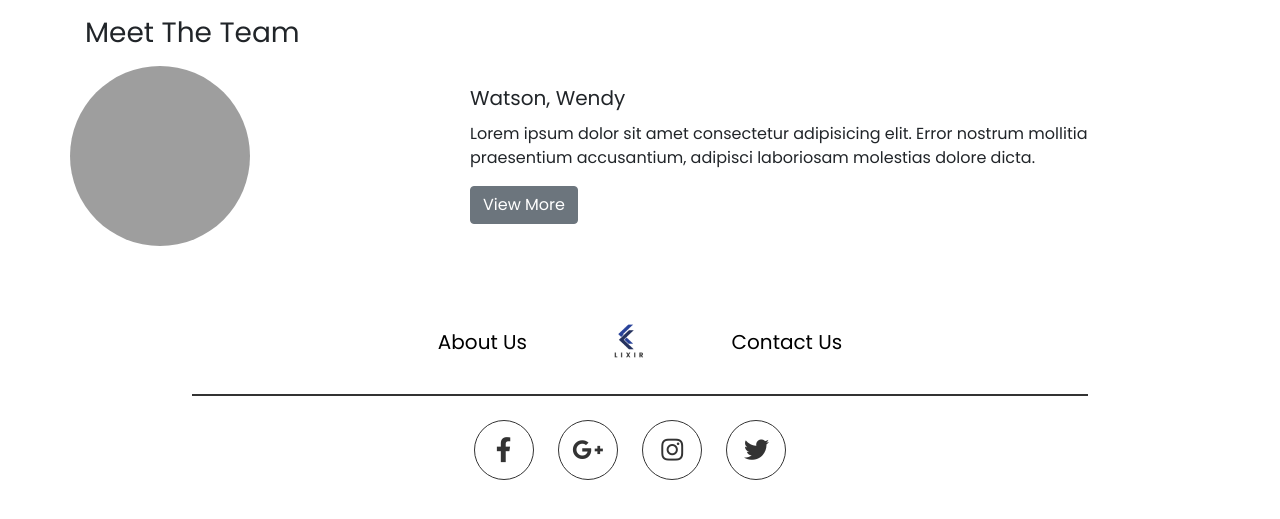
Repository: phiiileo/lit-page
Page: team-page.html
An editor plug-in stored every save of this project. The page is shown before and after a run of saves, followed by the edit.
The browser window is 1280 px wide. The pictures show the whole page.
Pictures or frames that could not be fetched are drawn as grey boxes. Some web libraries are served in a nearby version.

Above is the page before, as saved 2019-12-04 21:07:42.

### team-page.html
<head>
  <meta charset="UTF-8" />
  <meta name="viewport" content="width=device-width, initial-scale=1.0" />
  <meta http-equiv="X-UA-Compatible" content="ie=edge" />
  <title>Lixir | Official Page</title>
  <link
    rel="stylesheet"
    href="css/bootstrap-4.4.0-dist/css/bootstrap.min.css"
  />
  <script src="js/jquery-1.11.1.min.js"></script>
  <script src="js/popper.min.js"></script>
  <script src="css/bootstrap-4.4.0-dist/js/bootstrap.min.js"></script>
  <link
    href="https://fonts.googleapis.com/css?family=Poppins&display=swap"
    rel="stylesheet"
  />
  <link
    rel="stylesheet"
    type="text/css"
    href="https://cdnjs.cloudflare.com/ajax/libs/font-awesome/5.11.2/css/all.min.css"
  />
  <link rel="stylesheet" href="css/site_footer.css" />
  <link rel="stylesheet" href="./css/team-page.css">
</head>

<div class="container">
    <p><h3>Meet The Team</h3></p>
    <div class="row row-cols-1 row-cols-md-1">
        <div class="card">
            <div class="row no-gutters">
                <div class="col-md-4">
                    <img src="https://res.cloudinary.com/gboyega/image/upload/v1575387409/grillspot/profile-placeholder_kqu2no.png" alt="profileImage" class="team-image">
                </div>
                <div class="col-md-8">
                    <div class="card-body">
                        <h5 class="card-title">Watson, Wendy</h5>
                        <p class="card-text">Lorem ipsum dolor sit amet consectetur adipisicing elit. Error nostrum mollitia praesentium accusantium, adipisci laboriosam molestias dolore dicta.</p>
                        <p class="card-text"><button class="btn btn-secondary" id="viewMoreButton">View More</button></p>
                    </div>
                </div>
            </div>
        </div>
    </div>
</div>

<footer class="mt-5">
  <section class="footer_content mx-auto text-center">
    <section class="footer_content--one">
      <a href="about_us.php" class="">About Us</a>
      <a href="index.php" class="mx-5">
        <img src="image/footer_logo.png" alt="" width="100px" height="100px"
      /></a>
      <a href="contact.php" class="">Contact Us</a>
    </section>
    <section class="footer_content--two pt-4">
      <a href="#"><i class="fab fa-facebook-f"></i></a>
      <a href=""><i class="fab fa-google-plus-g"></i></a>
      <a href=""><i class="fab fa-instagram"></i></a>
      <a href=""><i class="fab fa-twitter"></i></a>
    </section>
  </section>
</footer>

### css/site_footer.css
footer .footer_content {
    width: 70%;
  }

  footer .footer_content .footer_content--one {
    width: 100%;
    border-bottom: 2px solid #333333;
  }

  footer .footer_content .footer_content--one a {
    font-size: 20px;
    line-height: 28px;
    color: #000000;
    display: inline-block;
  }

  footer .footer_content .footer_content--two a {
    color: #333333;
    border: 1px solid #333333;
    border-radius: 50%;
    width: 60px;
    height: 60px;
    display: -webkit-inline-box;
    display: -ms-inline-flexbox;
    display: inline-flex;
    -webkit-box-pack: center;
        -ms-flex-pack: center;
            justify-content: center;
    -webkit-box-align: center;
        -ms-flex-align: center;
            align-items: center;
    margin-right: 20px;
    margin-bottom: 20px;
  }

  footer .footer_content .footer_content--two a i {
    font-size: 25px;
  }

### css/team-page.css
* {
  margin-top: 0;
  padding: 0px;
  box-sizing: border-box;
  font-family: "Poppins", sans-serif;
}
.team-image{
    width: 180px;
    height: 180px;
    border-radius: 50%;
}

.card{
    border: 0;
}

/* #viewMoreButton{
    color:#29419b ;
    background: #cecece;
    border-radius: 0;
} */

Loaded but not shown: css/bootstrap-4.4.0-dist/css/bootstrap.min.css (library); js/jquery-1.11.1.min.js (library); js/popper.min.js (library); css/bootstrap-4.4.0-dist/js/bootstrap.min.js (library)

After the next 6 saves:
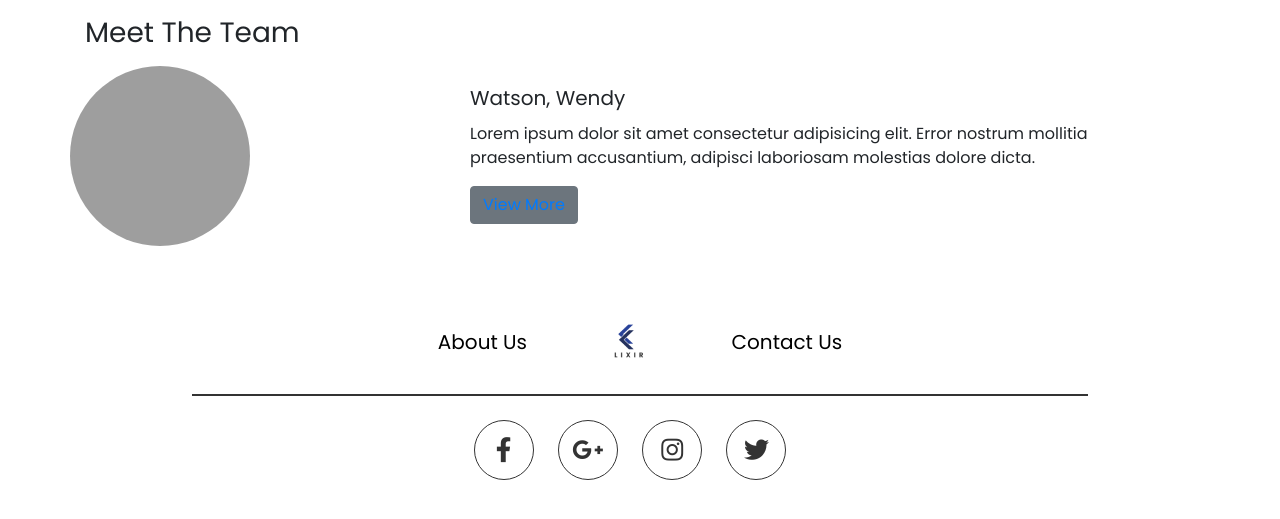
The 6 saves are shown as one change because they came seconds apart.
The last was saved 23 s later.
--- a/team-page.html
+++ b/team-page.html
@@ -35,7 +35,7 @@
                     <div class="card-body">
                         <h5 class="card-title">Watson, Wendy</h5>
                         <p class="card-text">Lorem ipsum dolor sit amet consectetur adipisicing elit. Error nostrum mollitia praesentium accusantium, adipisci laboriosam molestias dolore dicta.</p>
-                        <p class="card-text"><button class="btn btn-secondary" id="viewMoreButton">View More</button></p>
+                        <p class="card-text"><button class="btn btn-secondary text-primary" id="viewMoreButton">View More</button></p>
                     </div>
                 </div>
             </div>

After the 4 saves that followed:
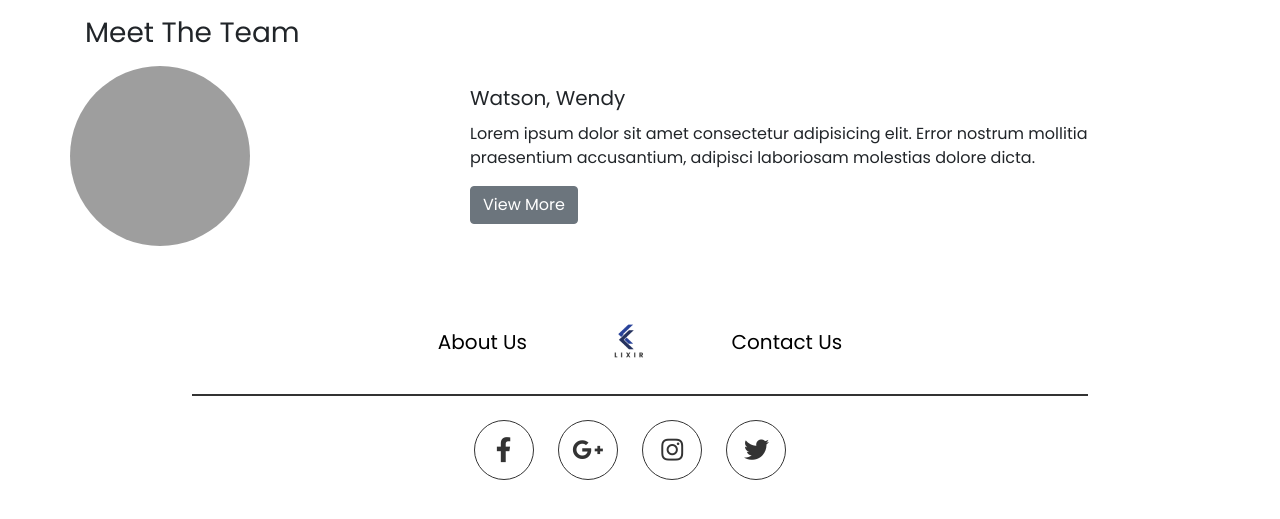
The 4 saves are shown as one change because they came seconds apart.
The last was saved 42 s later.
--- a/team-page.html
+++ b/team-page.html
@@ -35,7 +35,7 @@
                     <div class="card-body">
                         <h5 class="card-title">Watson, Wendy</h5>
                         <p class="card-text">Lorem ipsum dolor sit amet consectetur adipisicing elit. Error nostrum mollitia praesentium accusantium, adipisci laboriosam molestias dolore dicta.</p>
-                        <p class="card-text"><button class="btn btn-secondary text-primary" id="viewMoreButton">View More</button></p>
+                        <p class="card-text"><button class="btn btn-secondary" id="viewMoreButton">View More</button></p>
                     </div>
                 </div>
             </div>
